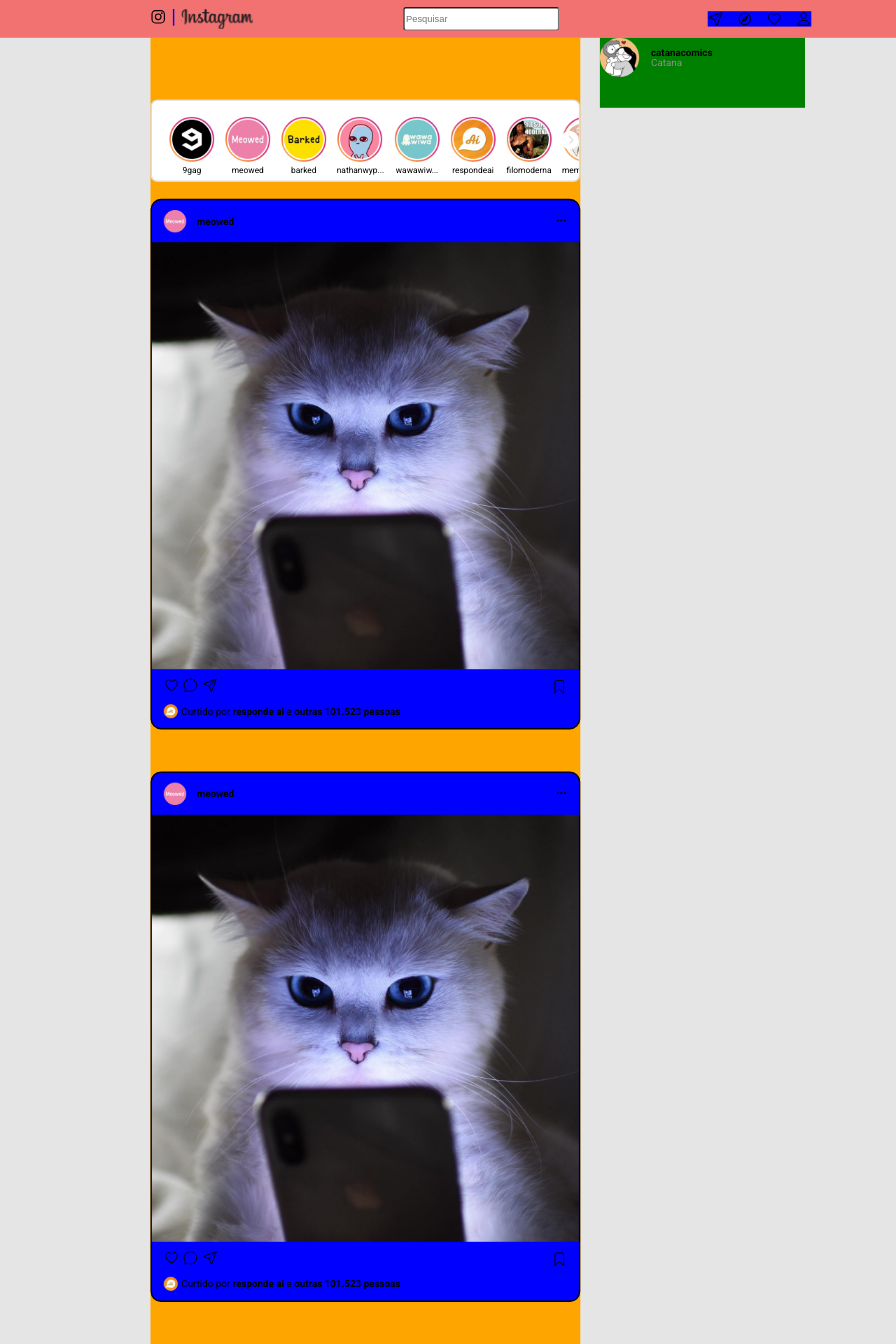
Repository: Zezinoo/proj-2-instagram-clone
Page: index.html
The author's editor kept a copy of each file at every save. The page is drawn from the files as they stood at one save, then again after the next save.
The browser window is 1280 px wide. The pictures show the part of the page from y = 0 to 1920 px (the page is 2738 px tall), at 70% of full size.
Some web libraries are served in a nearby version.

Above is the page before, as saved 2022-06-04 21:31:10.

### index.html
<!DOCTYPE html>
<html lang="en">
<head>
    <meta charset="UTF-8">
    <meta http-equiv="X-UA-Compatible" content="IE=edge">
    <meta name="viewport" content="width=device-width, initial-scale=1.0">
    <link rel="stylesheet" href="reset.css">
    <link rel="stylesheet" href="style.css">
    <link rel="preconnect" href="https://fonts.googleapis.com">
    <link rel="preconnect" href="https://fonts.gstatic.com" crossorigin>
    <link href="https://fonts.googleapis.com/css2?family=Encode+Sans:wght@100;200;300;400;500;600;700&family=Roboto:ital,wght@0,100;0,300;0,400;0,500;0,700;1,100;1,300;1,400;1,500&display=swap" rel="stylesheet">
    <title>Instagram</title>
</head>
<body>
<div class="top">
    <div class = "align-top">
        <div class = "logo">
            <ion-icon name="logo-instagram" style="font-size:22px"></ion-icon>
        <div class="vertical-line"></div>
            <img src="./imgs/logo 1.svg" alt="">
    </div>
        <div class="search-bar">
            <input type="text" placeholder="Pesquisar">
        </div>
    <div class="top-icons">
        <ion-icon name="paper-plane-outline"></ion-icon>
        <ion-icon name="compass-outline"></ion-icon>
        <ion-icon name="heart-outline"></ion-icon>
        <ion-icon name="person-outline"></ion-icon>
    </div>
    </div>
</div>
<div class="feed">
    <div class="content">
        <div class="stories">
            <div class="story">
                <img src="./imgs/stories_background 3.png" alt="">
                <div class="user-logo">
                    <img src="./imgs/9gag 1.png" alt="">
                </div>
                <div class="user-name">
                    9gag
                </div>
            </div>
            <div class="story">
                <img src="./imgs/stories_background 3.png" alt="">
                <div class="user-logo">
                    <img src="./imgs/meowed 1.png" alt="">
                </div>
                <div class="user-name">
                    meowed
                </div>
            </div>
            <div class="story">
                <img src="./imgs/stories_background 3.png" alt="">
                <div class="user-logo">
                    <img src="./imgs/barked 1.png" alt="">
                </div>
                <div class="user-name">
                    barked
                </div>
            </div>
            <div class="story">
                <img src="./imgs/stories_background 3.png" alt="">
                <div class="user-logo">
                    <img src="./imgs/nathanwpylestrangeplanet 1.png" alt="">
                </div>
                <div class="user-name">
                    nathanwyp...
                </div>
            </div>
            <div class="story">
                <img src="./imgs/stories_background 3.png" alt="">
                <div class="user-logo">
                    <img src="./imgs/wawawiwacomicsa 1.png" alt="">
                </div>
                <div class="user-name">
                    wawawiw...
                </div>
            </div>
            <div class="story">
                <img src="./imgs/stories_background 3.png" alt="">
                <div class="user-logo">
                    <img src="./imgs/respondeai 1.png" alt="">
                </div>
                <div class="user-name">
                    respondeai
                </div>
            </div>
            <div class="story">
                <img src="./imgs/stories_background 3.png" alt="">
                <div class="user-logo">
                    <img src="./imgs/filomoderna 1.png" alt="">
                </div>
                <div class="user-name">
                    filomoderna
                </div>
            </div>
            <div class="story">
                <img src="./imgs/stories_background 3.png" alt="">
                <div class="user-logo">
                    <img src="./imgs/memeriagourmet 1.png" alt="">
                </div>
                <div class="user-name">
                    memeriagourmet
                </div>
                <div class="arrow">
                    <ion-icon name="chevron-forward-circle"></ion-icon>
                </div>
            </div>
        </div>
        <div class="post">
            <div class="info">
                <div class="op">
                    <img src="./imgs/meowed 2.png" alt="">
                    <div class="op-name">
                    meowed
                    </div>
                </div>
                <div class="dots">
                    <ion-icon name="ellipsis-horizontal"></ion-icon>
                </div>
            </div>
            <img src="./imgs/gato-telefone 1.png" alt="">
            <div class="bottom">
                <div class="post-icons">
                    <div class="left-icons">
                        <ion-icon name="heart-outline"></ion-icon>
                        <ion-icon name="chatbubble-outline"></ion-icon>
                        <ion-icon name="paper-plane-outline"></ion-icon>
                    </div>
                    <ion-icon name="bookmark-outline"></ion-icon>
                </div>
                <div class="comments">
                    <div class="follow-image">
                        <img src="./imgs/respondeai 2.png" alt="">
                    </div>
                    <div class="comment-message">
                        <p>Curtido por <strong>responde ai</strong> e <strong>outras 101.523 pessoas</strong></p>
                    </div>
                </div>
            </div>
        </div>
        <div class="post">
            <div class="info">
                <div class="op">
                    <img src="./imgs/meowed 2.png" alt="">
                    <div class="op-name">
                    meowed
                    </div>
                </div>
                <div class="dots">
                    <ion-icon name="ellipsis-horizontal"></ion-icon>
                </div>
            </div>
            <img src="./imgs/gato-telefone 1.png" alt="">
            <div class="bottom">
                <div class="post-icons">
                    <div class="left-icons">
                        <ion-icon name="heart-outline"></ion-icon>
                        <ion-icon name="chatbubble-outline"></ion-icon>
                        <ion-icon name="paper-plane-outline"></ion-icon>
                    </div>
                    <ion-icon name="bookmark-outline"></ion-icon>
                </div>
                <div class="comments">
                    <div class="follow-image">
                        <img src="./imgs/respondeai 2.png" alt="">
                    </div>
                    <div class="comment-message">
                        <p>Curtido por <strong>responde ai</strong> e <strong>outras 101.523 pessoas</strong></p>
                    </div>
                </div>
            </div>
        </div>
        <div class="post">
            <div class="info">
                <div class="op">
                    <img src="./imgs/meowed 2.png" alt="">
                    <div class="op-name">
                    meowed
                    </div>
                </div>
                <div class="dots">
                    <ion-icon name="ellipsis-horizontal"></ion-icon>
                </div>
            </div>
            <img src="./imgs/gato-telefone 1.png" alt="">
            <div class="bottom">
                <div class="post-icons">
                    <div class="left-icons">
                        <ion-icon name="heart-outline"></ion-icon>
                        <ion-icon name="chatbubble-outline"></ion-icon>
                        <ion-icon name="paper-plane-outline"></ion-icon>
                    </div>
                    <ion-icon name="bookmark-outline"></ion-icon>
                </div>
                <div class="comments">
                    <div class="follow-image">
                        <img src="./imgs/respondeai 2.png" alt="">
                    </div>
                    <div class="comment-message">
                        <p>Curtido por <strong>responde ai</strong> e <strong>outras 101.523 pessoas</strong></p>
                    </div>
                </div>
            </div>
        </div>
    </div>
    <div class="sidebar">
        <div class="user">
            <img src="./imgs/catanacomics 1.png" alt="">
            <div class="user-info">
                <div class="username">
                    catanacomics
                </div>
                <div class="name">
                    Catana
                </div>
            </div>
        </div>

    </div>
</div>
<script src="https://unpkg.com/ionicons@5.4.0/dist/ionicons.js"></script>

</body>
</html>

### style.css

body{
    background-color: #e5e5e5;
    display: flex;
    flex-direction: column;
    align-items: center;
    justify-content: center;
    font-family: 'Roboto', sans-serif;
}


.top {
    width: 100%;
    height: 54px;
    display: flex;
    flex-direction: row;
    justify-content: space-around;
    align-items: center;
    background-color: rgba(255, 0, 0, 0.5);
    position: relative;
    z-index: 1;
}

.align-top{
    display: flex;
    flex-direction: row;
    align-items: center;
    justify-content: space-between;
    position: absolute;
    left: 215px;
    z-index: 1;
}

.logo{
    display: flex;
    position: relative;
    align-items: flex-start;
    width: 100%;
    margin-right: 214px;
}

.vertical-line{
    height: 22px;
    margin: 0 10px;
    border: blue 1px solid;
}

.search-bar{
    margin-right: 212px;
}

.search-bar input{
    height: 28px;
    width: 215px;
    border-radius: 4px;
}

.top-icons{
    width: 100%;
    display: flex;
    flex-direction:row;
    justify-content:space-between;
    background-color:blue;
}

.top-icons ion-icon{
    font-size: 22px;
    margin-right: 20px;
}
.top-icons ion-icon:nth-child(4){
    margin-right: 0px;
}

.feed {
    display: flex;
    flex-direction: row;
    position: absolute;
    top: 54px;
    left: 215px;
}


.content{
    display: flex;
    flex-direction: column;
    background-color: orange;
}

strong{
    font-weight: bold;
}

.stories{
    margin-top: 88px;
    margin-bottom: 24px;
    width: 614px;
    height:118px;
    display: flex;
    flex-direction: row;
    align-items: center;
    position: relative;
    justify-content: flex-start;
    background-color: #FFFFFF;
    overflow: hidden;
    border-radius: 10px;
    border: 2px solid #DBDBDB;
    box-sizing: border-box;
}
.stories .story:nth-child(1){
    margin-left:24px;
}

.story{
    display: flex;
    flex-direction: column;
    justify-content: center;
    margin-right: 14px;
    margin-top: 20px;
    position: relative;
}

.story img{
    width: 66px;
    height: 66px;
}

.story .user-logo{
    display: flex;
    position: absolute;
    top: 5px;
    left: 5px;
    z-index: 1;
}

.story .user-name{
    margin-top: 5px;
    display: flex;
    justify-content: center;
    height: 19px;
    font-size: 12px;
}

.user-logo img{
    width: 56px;
    height: 56px;
}

.arrow {
    position: absolute;
    top: 18px;
    left: -5px;
    font-size: 32px;
    z-index: 3;
    color: #FFFFFF ;
    text-shadow: 60px -16px green;
}

.post{
    background-color: blue;
    display: flex;
    flex-direction: column;
    width: 614px;
    border: 2px solid ;
    border-radius: 15px;
    box-sizing: border-box;
    margin-bottom: 60px;

}

.post .info {
    height: 60px;
    display: flex;
    align-items: center;
    justify-content: space-between;
}

.post .info .op{
    display: flex;
    flex-direction: row;
    box-sizing: border-box;
    margin-left: 17px;
    justify-content: space-evenly;
    align-items: center;
}

.op .op-name{
    margin-left: 15px;
    font-weight: bold;
    font-size: 14px;
}

.info .dots{
    margin-right: 17px;
    font-size: 16px;
}

.post .bottom{
    margin: 0 17px;
    margin-top: 10px;
}

.bottom .post-icons{
    height: 30px;
    font-size: 22px;
    display: flex;
    justify-content: space-between;
    align-items: center;
}

.post-icons .left-icons{
    margin-right: 14px;
}

.bottom .comments{
    display: flex;
    align-items: center;
    margin-top: 10px;
    margin-bottom: 14px;
}
.comments .follow-image{
    height: 20px;
    width: 20px;
    margin-right: 5px;
}
.follow-image img{
    width: 100%;
    height: 100%;
}

.comments .comment-message{
    font-size: 14px;
}

.sidebar{
    background-color: green;
    margin-left: 28px;
    width: 293px;
    height: 100px;
    box-sizing: border-box;
}

.sidebar .user{
    height: 56px;
    display: flex;
    align-items: center;
}

.user .user-info{
    margin-left: 17px;
    display: flex;
    flex-direction: column;
    font-size: 14px;
}
.user-info .username{
    font-weight: bold;
}

.user-info .name{
    color: #8E8E8E;
}

Loaded but not shown: reset.css (common file)

After the next save:
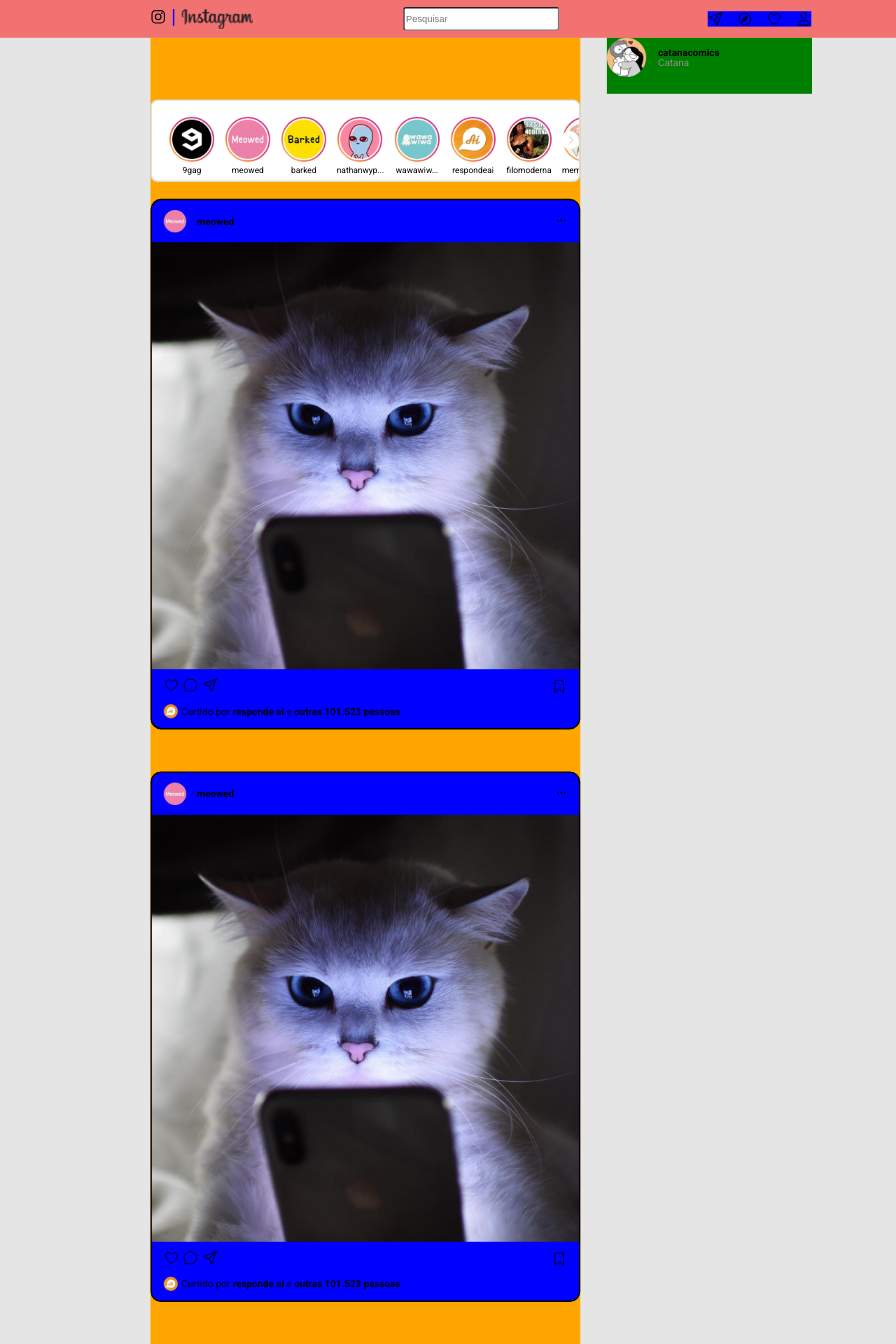
Saved 87 s later.
--- a/style.css
+++ b/style.css
@@ -233,9 +233,9 @@
 
 .sidebar{
     background-color: green;
-    margin-left: 28px;
+    margin-left: 38px;
     width: 293px;
-    height: 100px;
+    height: 100%;
     box-sizing: border-box;
 }
 
@@ -243,6 +243,7 @@
     height: 56px;
     display: flex;
     align-items: center;
+    margin-bottom: 24px;
 }
 
 .user .user-info{
@@ -258,3 +259,9 @@
 .user-info .name{
     color: #8E8E8E;
 }
+
+.sidebar .suggestions{
+    font-size: 12px;
+    color: #8E8E8E;
+    margin-bottom: 17px;
+}
